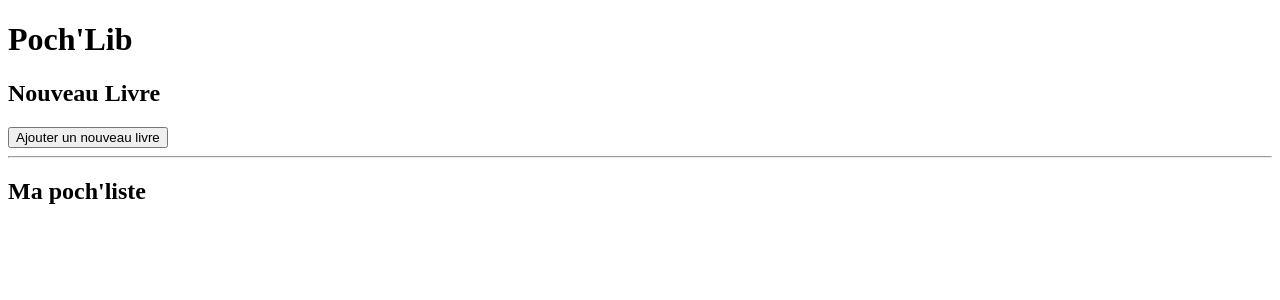
Repository: Cadigrace/pochlib
Page: index.html
The author's editor kept a copy of each file at every save. The page is drawn from the files as they stood at one save, then again after the next save.
The browser window is 1280 px wide. The pictures show the whole page.
After loading, the first visible `button` was clicked once.

Above is the page before, as saved 2023-03-11 09:48:22.

After the next save:
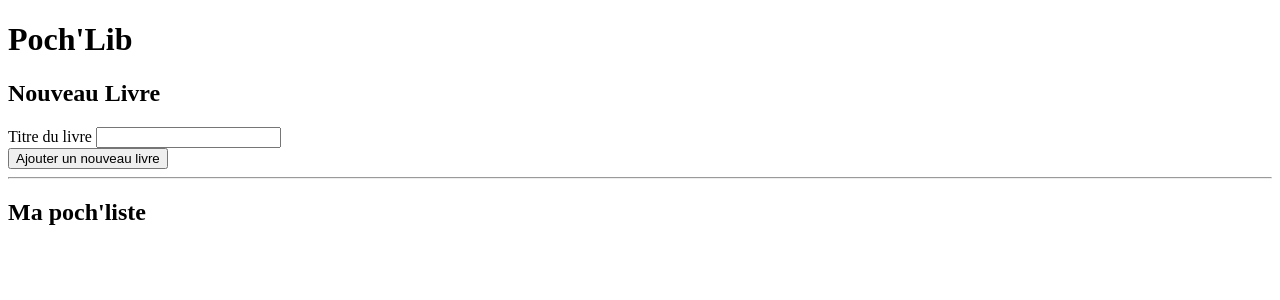
Saved 28 s later.
--- a/js/application.js
+++ b/js/application.js
@@ -14,6 +14,7 @@ function showSearchForm() {
       <input type="text" name="title"> \
     </div> \
   ')
+  $('.h2').after(form);
 }
 
 $(function() {
